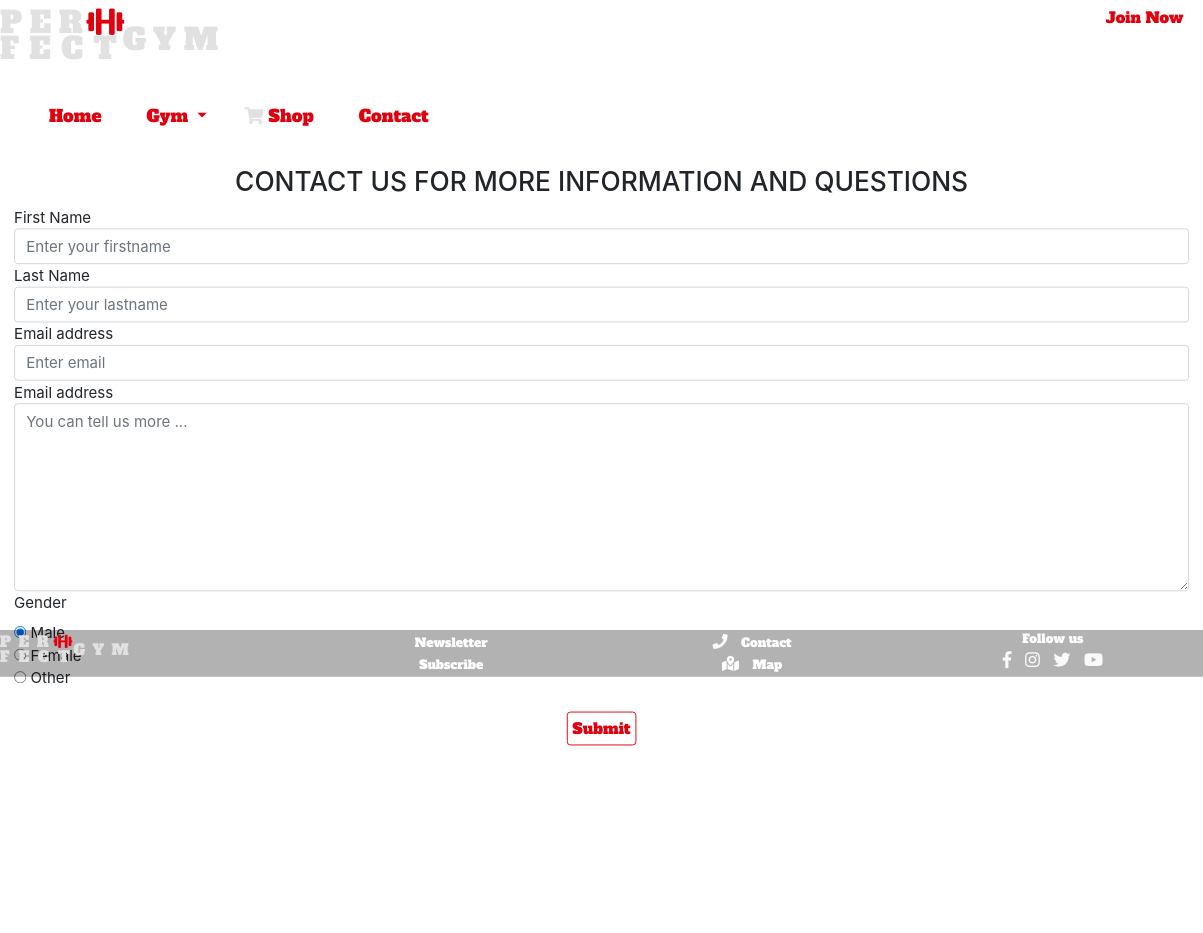
Repository: meghdadyazdi/UCFD-Milestone
Page: contact.html
The author's editor kept a record of every edit. The page is drawn from the files as they stood at one moment, then again after the next edit.
The browser window is 1280 px wide. The pictures show the whole page, at 94% of full size.
Some web libraries are served in a nearby version.

Above is the page before.

### contact.html
<!DOCTYPE html>
<html lang="en">

<head>
    <meta charset="UTF-8">
    <meta name="viewport" content="width=device-width, initial-scale=1.0">
    <meta http-equiv="X-UA-Compatible" content="ie=edge">
    <link rel="stylesheet" href="https://stackpath.bootstrapcdn.com/bootstrap/4.3.1/css/bootstrap.min.css" type="text/css" />
    <link rel="stylesheet" href="https://stackpath.bootstrapcdn.com/bootstrap/4.3.1/css/bootstrap.min.css">
    <link rel="stylesheet" href="https://use.fontawesome.com/releases/v5.6.1/css/all.css" integrity="sha384-gfdkjb5BdAXd+lj+gudLWI+BXq4IuLW5IT+brZEZsLFm++aCMlF1V92rMkPaX4PP" crossorigin="anonymous">
    <link href="https://fonts.googleapis.com/css?family=Alfa+Slab+One&display=swap" rel="stylesheet">
    <link href="https://fonts.googleapis.com/css?family=Open+Sans&display=swap" rel="stylesheet">
    <link rel="stylesheet" href="https://cdnjs.cloudflare.com/ajax/libs/hover.css/2.3.1/css/hover-min.css" type="text/css" />
    <link rel="stylesheet" href="style.css" type="text/css" />
    <title>Perfect Gym</title>
</head>

<body class="contact-body">



    <!--Header-->
    <header>
        <div class="row container-fluid container-top m-0 p-0">
            <div class="col-6 m-0 p-0">
                <div class="mylogo-big uppercase">
                    <div id="per_in_logo-big">per</div>
                    <div id="fect_in_logo-big">fect</div>
                    <div id="dumbbell-big"><i class="fas fa-dumbbell"></i></div>
                    <div id="gym_in_logo-big">gym</div>
                </div>
            </div>
            <div class="col-6">
                <a href="/login" class="btn btn--cta btn--red" data-toggle="modal" data-target="#join-us-modal">Join Now</a>
            </div>
        </div>
    </header>
    <!--/Header-->


    <!--Navbar-->
    <nav class="navbar navbar-light navbar-expand-sm">

        <button class="navbar-toggler ml-auto" type="button" data-toggle="collapse" data-target="#navbarNavDropdown" aria-controls="navbarNavDropdown" aria-expanded="false" aria-label="Toggle navigation">
                    <span class="navbar-toggler-icon"></span>
            </button>

        <div class="collapse navbar-collapse" id="navbarNavDropdown">
            <ul class="navbar-nav mr-auto">
                <li class="nav-item mr-2"><a href="/" class="nav-link">Home</a></li>

                <li class="nav-item dropdown">
                    <a class="nav-link dropdown-toggle" href="#" id="navbarDropdownMenuLink" role="button" data-toggle="dropdown" aria-haspopup="true" aria-expanded="false">Gym
                </a>
                    <div class="dropdown-menu" aria-labelledby="navbarDropdownMenuLink">
                        <a class="dropdown-item" href="trainers.html">Our trainers</a>
                        <a class="dropdown-item" href="activities.html">Activities</a>
                    </div>
                </li>
                <li class=" nav-item mr-2"><a href="shop.html" class="nav-link"><span><i class="fas fa-shopping-cart shop-icon"></i></span> Shop</a></li>
                <li class=" nav-item mr-2 "><a href="contact.html" class="nav-link">Contact</a></li>
            </ul>
        </div>


    </nav>
    <!--/Navbar-->


    <section class="container-fluid contact">
        <div class="row">
            <div class="col">
                <h3 class="uppercase text-center">Contact us for more information and questions</h3>
                <div class="center-form">
                    <form class "">
                        <div class="form-group m-0 p-0">
                            <label class="font-contact m-0 p-0" for="firstname">First Name</label>
                            <input type="text" class="form-control" id="firstname" placeholder="Enter your firstname">
                        </div>
                        <div class="form-group m-0 p-0">
                            <label class="font-contact m-0 p-0" for="lastname">Last Name</label>
                            <input type="text" class="form-control" id="lastname" placeholder="Enter your lastname">
                        </div>
                        <div class="form-group m-0 p-0">
                            <label class="font-contact m-0 p-0" for="exampleInputEmail1">Email address</label>
                            <input type="email" class="form-control" id="exampleInputEmail1" aria-describedby="emailHelp" placeholder="Enter email">
                        </div>
                        <div class="col-75">
                            <label class="font-contact m-0 p-0" for="exampleInputEmail1">Email address</label>
                            <textarea type="" class="form-control" id="exampleInputEmail1" aria-describedby="emailHelp" placeholder="You can tell us more ..." style="height:200px"></textarea>
                                                <div class="form-group m-0 p-0">
                                <label class="">Gender</label><br>
                                <input class="font-contact" type="radio" name="gender" value="male" checked> Male<br>
                                <input class="font-contact" type="radio" name="gender" value="female"> Female<br>
                                <input class="font-contact" type="radio" name="gender" value="other"> Other<br><br>
                            </div>


                            <div class="form-row text-center special-marging">
                                <div class="col">
                                    <button type="submit" class="btn btn-success">Submit</button>
                                </div>
                            </div>
                    </form>
                    </div>
                </div>
            </div>
    </section>






    <!--Footer-->
    <footer class="container-fluid m-0 p-0">
        <div class="row container-fluid m-0 p-0">
            <div class="col-12 col-sm-3 p-0 m-0">
                <!--logo-->
                <div class="mylogo uppercase">
                    <div id="per_in_logo">per</div>
                    <div id="fect_in_logo">fect</div>
                    <div id="dumbbell"><i class="fas fa-dumbbell"></i></div>
                    <div id="gym_in_logo">gym</div>
                </div>
                <!--/logo-->
            </div>

            <div class="col-6 col-sm-3 text-center m-0 p-0">
                <div class="row">
                    <div class="col-12">
                        <a href="#" class="footer-font">
                            Newsletter
                        </a>
                    </div>
                    <div class="col-12">
                        <a class="footer-font" href="#">
                            Subscribe
                        </a>
                    </div>
                </div>
            </div>

            <div class="col-6 col-sm-3 text-center m-0 p-0">
                <div class="row">
                    <div class="col-12">
                        <a href="#" target="_blank">
                            <i id="phone" class="fas fa-phone"></i>
                            <span class="sr-only">phone</span>
                        </a>
                        <a class="footer-font" href="#">Contact</a>
                    </div>
                    <div class="col-12">
                        <a href="https://www.google.com/maps/place/Corvo+Island/@39.6981037,-31.1405764,13z/data=!3m1!4b1!4m5!3m4!1s0xb3247959c9c6983:0x59be196c967d2206!8m2!3d39.7023111!4d-31.1080244" target="_blank">
                            <i id="map" class="fas fa-map-marked-alt"></i>
                            <span class="sr-only">Map</span>
                        </a>
                        <a class="footer-font" href="https://www.google.com/maps/place/Corvo+Island/@39.6981037,-31.1405764,13z/data=!3m1!4b1!4m5!3m4!1s0xb3247959c9c6983:0x59be196c967d2206!8m2!3d39.7023111!4d-31.1080244" target="_blank">Map
                        </a>
                    </div>
                </div>
            </div>

            <div class="col-12 col-sm-3 text-center m-0 p-0 ">
                <p class="footer-font  d-inlineblock m-0 p-0 d-none d-sm-block">Follow us</p>
                <ul class="list-inline social-link">
                    <li class="list-inline-item">
                        <a href="#" target="_blank">
                            <i class="fab fa-facebook-f" aria-hidden="true"></i>
                            <span class="sr-only">Facebook</span>
                        </a>
                    </li>
                    <li class="list-inline-item">
                        <a href="#" target="_blank">
                            <i class="fab fa-instagram" aria-hidden="true"></i>
                            <span class="sr-only">Instagram</span>
                        </a>
                    </li>
                    <li class="list-inline-item">
                        <a href="#" target="_blank">
                            <i class="fab fa-twitter" aria-hidden="true"></i>
                            <span class="sr-only">Twitter</span>
                        </a>
                    </li>
                    <li class="list-inline-item">
                        <a href="#" target="_blank">
                            <i class="fab fa-youtube" aria-hidden="true"></i>
                            <span class="sr-only">YouTube</span>
                        </a>
                    </li>
                </ul>
            </div>
        </div>
    </footer>
    <!--/Footer-->




    <!--Form for join as Modal-->
    <div class="modal" tabindex="-1" role="dialog" id="join-us-modal">
        <div class="modal-dialog" role="document">
            <div class="modal-content">
                <div class="modal-header font-form-title">
                    <h5 class="modal-title">Join us for free consulting</h5>
                    <button type="button" class="close" data-dismiss="modal" aria-label="Close">
                            <span aria-hidden="true">
                                &times;
                            </span>
                            </button>
                </div>
                <div class="modal-body">
                    <form>
                        <div class="form-group">
                            <label class="font-form-item" for="firstname">First Name</label>
                            <input type="text" class="form-control" id="firstname" placeholder="Enter your firstname">
                        </div>
                        <div class="form-group">
                            <label class="font-form-item" for="lastname">Last Name</label>
                            <input type="text" class="form-control" id="lastname" placeholder="Enter your lastname">
                        </div>
                        <div class="form-group">
                            <label class="font-form-item" for="exampleInputEmail1">Email address</label>
                            <input type="email" class="form-control" id="exampleInputEmail1" aria-describedby="emailHelp" placeholder="Enter email">
                        </div>
                        <div class="form-group">
                            <label class="font-form-item" for="password">Password</label>
                            <input type="password" class="form-control" id="password" placeholder="Password">
                        </div>
                        <div class="form-group">
                            <label class="font-form-item" for="repeatpassword">Password</label>
                            <input type="password" class="form-control" id="repeatpassword" placeholder="Repeat Password">
                        </div>
                        <div class="form-group">
                            <label class="font-form-item" for="age">Your age</label>
                            <input type="number" class="form-control" id="age" placeholder="Age" min="7" max="85">
                        </div>
                        <div class="form-group">
                            <label class="font-form-item" for="age">Gender</label>
                            <br>
                            <input class="font-form-item" type="radio" name="gender" value="male" checked> Male<br>
                            <input class="font-form-item" type="radio" name="gender" value="female"> Female<br>
                            <input class="font-form-item" type="radio" name="gender" value="other"> Other<br><br>
                        </div>
                        <button type="submit" class="btn btn-success">Submit</button>
                    </form>
                </div>
            </div>
        </div>
    </div>
    <!--/Form for join as Modal-->




    <script src="https://code.jquery.com/jquery-3.3.1.slim.min.js" integrity="sha384-q8i/X+965DzO0rT7abK41JStQIAqVgRVzpbzo5smXKp4YfRvH+8abtTE1Pi6jizo" crossorigin="anonymous"></script>
    <script src="https://cdnjs.cloudflare.com/ajax/libs/popper.js/1.14.3/umd/popper.min.js" integrity="sha384-ZMP7rVo3mIykV+2+9J3UJ46jBk0WLaUAdn689aCwoqbBJiSnjAK/l8WvCWPIPm49" crossorigin="anonymous"></script>
    <script src="https://stackpath.bootstrapcdn.com/bootstrap/4.1.3/js/bootstrap.min.js" integrity="sha384-ChfqqxuZUCnJSK3+MXmPNIyE6ZbWh2IMqE241rYiqJxyMiZ6OW/JmZQ5stwEULTy" crossorigin="anonymous"></script>


</body>

</html>

Loaded but not shown: style.css (760 lines, source omitted)

After the next edit:
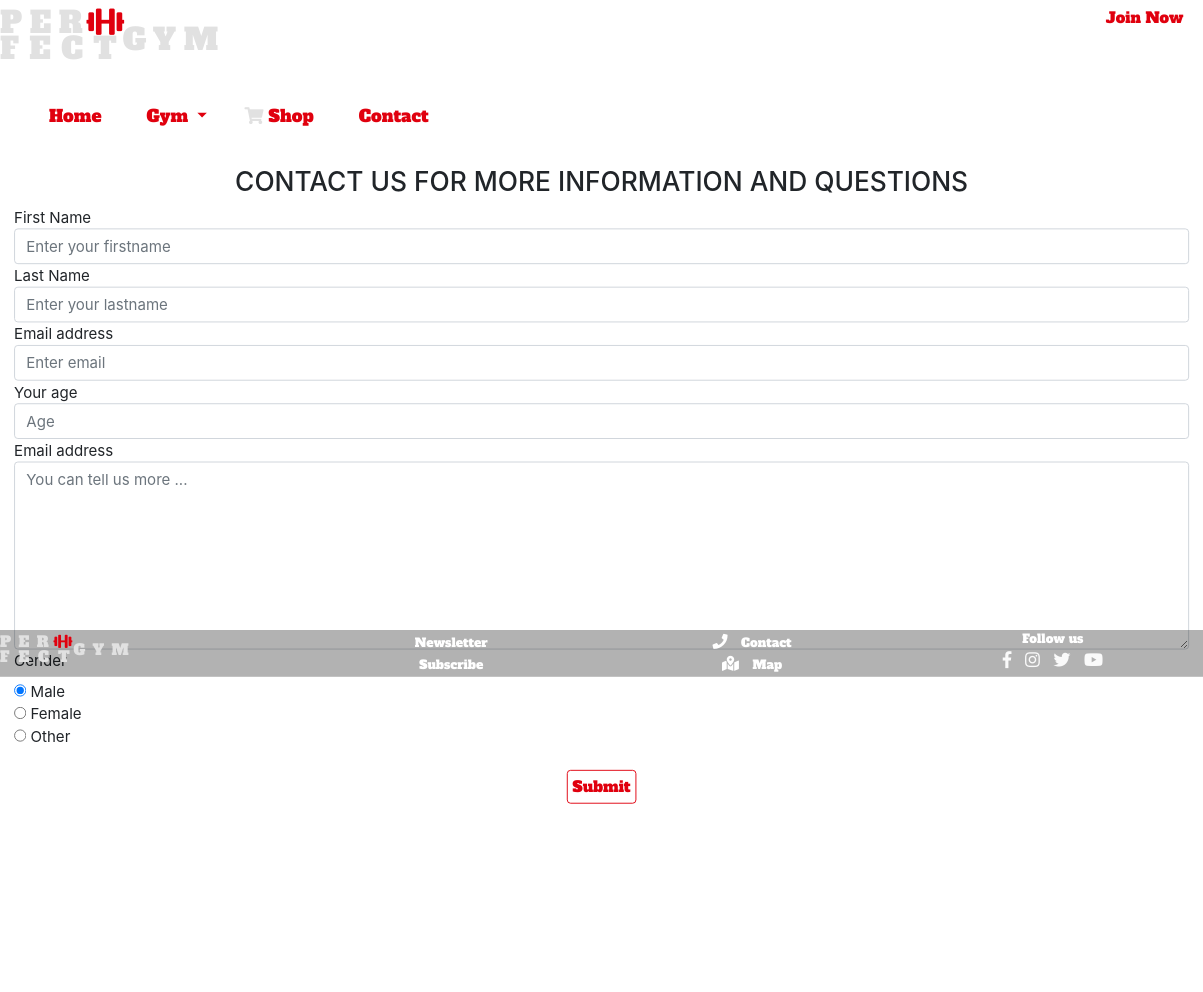
The edit:
--- a/contact.html
+++ b/contact.html
@@ -85,7 +85,11 @@
                             <label class="font-contact m-0 p-0" for="exampleInputEmail1">Email address</label>
                             <input type="email" class="form-control" id="exampleInputEmail1" aria-describedby="emailHelp" placeholder="Enter email">
                         </div>
-                        <div class="col-75">
+                        <div class="form-group m-0 p-0">
+                                <label class="font-contact m-0 p-0" for="age">Your age</label>
+                                <input type="number" class="form-control" id="age" placeholder="Age" min="7" max="85">
+                            </div>
+                        <div class="">
                             <label class="font-contact m-0 p-0" for="exampleInputEmail1">Email address</label>
                             <textarea type="" class="form-control" id="exampleInputEmail1" aria-describedby="emailHelp" placeholder="You can tell us more ..." style="height:200px"></textarea>
                                                 <div class="form-group m-0 p-0">
